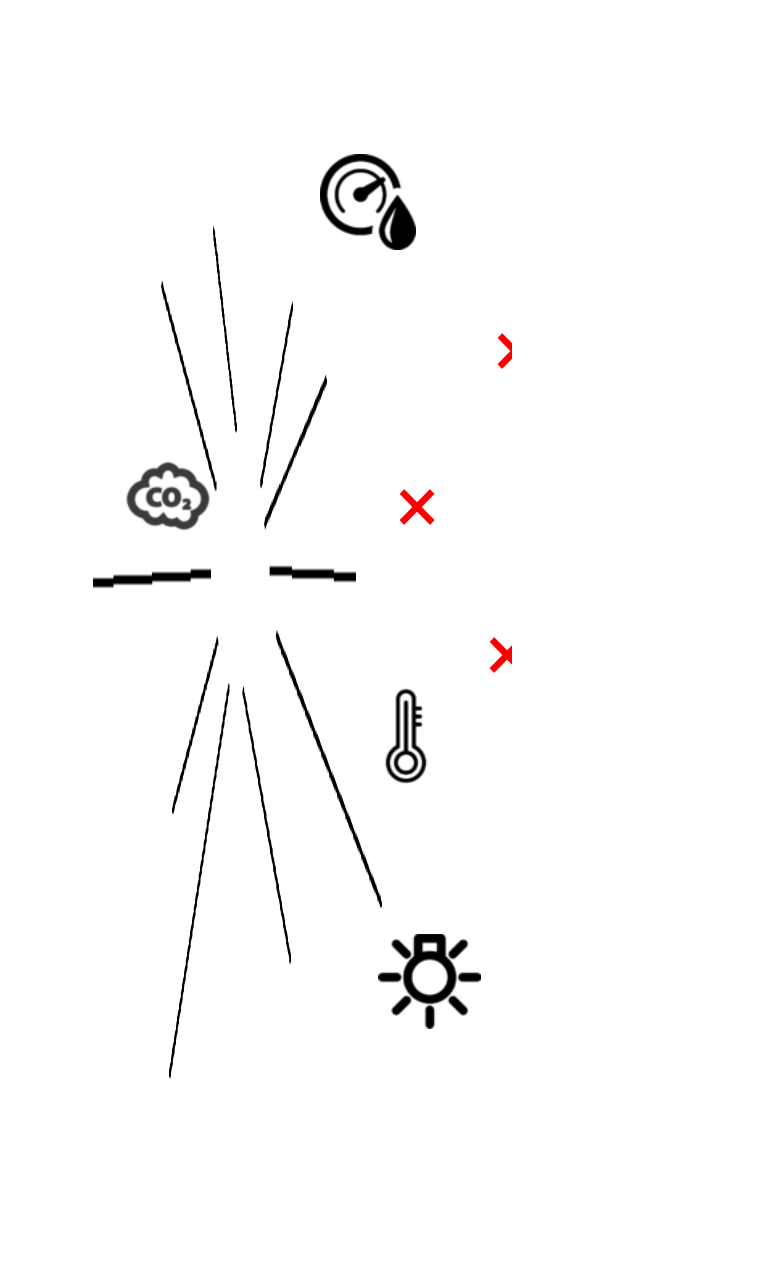
Repository: HuaAndLi/guosai2019-android-code
Layout: 国赛Android代码最优代码/A/SmartHome/res/layout/activity_conn.xml
The author's editor kept a copy of each file at every save. The layout is drawn from the files as they stood at one save, then again after the next save.
It is drawn on a 768 x 1280 px phone screen (xhdpi) without system bars, with theme android:Theme.Holo.Light.NoActionBar.Fullscreen; the app's code is not run.

Above is the layout before, as saved 2019-05-13 10:11:14.

### 国赛Android代码最优代码/A/SmartHome/res/layout/activity_conn.xml
<LinearLayout xmlns:android="http://schemas.android.com/apk/res/android"
    xmlns:tools="http://schemas.android.com/tools"
    android:layout_width="match_parent"
    android:layout_height="match_parent"
    tools:context=".ConnActivity" >

    <AbsoluteLayout
        android:layout_width="match_parent"
        android:layout_height="match_parent"
        android:layout_weight="1"
        android:background="@drawable/ba" >

        <TextView
            android:id="@+id/textView1"
            android:layout_width="wrap_content"
            android:layout_height="wrap_content"
            android:layout_x="247dp"
            android:layout_y="146dp"
            android:text="×"
            android:textColor="#f00"
            android:textSize="40sp" />

        <TextView
            android:id="@+id/TextView01"
            android:layout_width="wrap_content"
            android:layout_height="wrap_content"
            android:layout_x="295dp"
            android:layout_y="119dp"
            android:text="×"
            android:textColor="#f00"
            android:textSize="40sp" />

        <TextView
            android:id="@+id/TextView02"
            android:layout_width="wrap_content"
            android:layout_height="wrap_content"
            android:layout_x="361dp"
            android:layout_y="143dp"
            android:text="×"
            android:textColor="#f00"
            android:textSize="40sp" />

        <TextView
            android:id="@+id/TextView03"
            android:layout_width="wrap_content"
            android:layout_height="wrap_content"
            android:layout_x="385dp"
            android:layout_y="173dp"
            android:text="×"
            android:textColor="#f00"
            android:textSize="40sp" />

        <TextView
            android:id="@+id/TextView04"
            android:layout_width="wrap_content"
            android:layout_height="wrap_content"
            android:layout_x="412dp"
            android:layout_y="220dp"
            android:text="×"
            android:textColor="#f00"
            android:textSize="40sp" />

        <TextView
            android:id="@+id/TextView05"
            android:layout_width="wrap_content"
            android:layout_height="wrap_content"
            android:layout_x="413dp"
            android:layout_y="294dp"
            android:text="×"
            android:textColor="#f00"
            android:textSize="40sp" />

        <TextView
            android:id="@+id/TextView06"
            android:layout_width="wrap_content"
            android:layout_height="wrap_content"
            android:layout_x="347dp"
            android:layout_y="328dp"
            android:text="×"
            android:textColor="#f00"
            android:textSize="40sp" />

        <TextView
            android:id="@+id/TextView07"
            android:layout_width="wrap_content"
            android:layout_height="wrap_content"
            android:layout_x="265dp"
            android:layout_y="346dp"
            android:text="×"
            android:textColor="#f00"
            android:textSize="40sp" />

        <TextView
            android:id="@+id/TextView08"
            android:layout_width="wrap_content"
            android:layout_height="wrap_content"
            android:layout_x="243dp"
            android:layout_y="298dp"
            android:text="×"
            android:textColor="#f00"
            android:textSize="40sp" />

        <TextView
            android:id="@+id/TextView09"
            android:layout_width="wrap_content"
            android:layout_height="wrap_content"
            android:layout_x="198dp"
            android:layout_y="224dp"
            android:text="×"
            android:textColor="#f00"
            android:textSize="40sp" />

        <ImageView
            android:id="@+id/imageView1"
            android:layout_width="wrap_content"
            android:layout_height="wrap_content"
            android:layout_x="160dp"
            android:layout_y="77dp"
            android:src="@drawable/v1312" />

        <ImageView
            android:id="@+id/imageView2"
            android:layout_width="wrap_content"
            android:layout_height="wrap_content"
            android:layout_x="261dp"
            android:layout_y="44dp"
            android:src="@drawable/v1313" />

        <ImageView
            android:id="@+id/ImageView01"
            android:layout_width="wrap_content"
            android:layout_height="wrap_content"
            android:layout_x="383dp"
            android:layout_y="73dp"
            android:src="@drawable/v1314" />

        <ImageView
            android:id="@+id/ImageView02"
            android:layout_width="wrap_content"
            android:layout_height="wrap_content"
            android:layout_x="447dp"
            android:layout_y="118dp"
            android:src="@drawable/v1315" />

        <ImageView
            android:id="@+id/ImageView03"
            android:layout_width="wrap_content"
            android:layout_height="wrap_content"
            android:layout_x="60dp"
            android:layout_y="224dp"
            android:src="@drawable/v1316" />

        <ImageView
            android:id="@+id/ImageView04"
            android:layout_width="wrap_content"
            android:layout_height="wrap_content"
            android:layout_x="179dp"
            android:layout_y="344dp"
            android:src="@drawable/v1317" />

        <ImageView
            android:id="@+id/ImageView05"
            android:layout_width="wrap_content"
            android:layout_height="wrap_content"
            android:layout_x="189dp"
            android:layout_y="467dp"
            android:src="@drawable/v1318" />

        <ImageView
            android:id="@+id/ImageView06"
            android:layout_width="wrap_content"
            android:layout_height="wrap_content"
            android:layout_x="384dp"
            android:layout_y="430dp"
            android:src="@drawable/v1319" />

        <ImageView
            android:id="@+id/ImageView07"
            android:layout_width="wrap_content"
            android:layout_height="wrap_content"
            android:layout_x="509dp"
            android:layout_y="402dp"
            android:src="@drawable/v1320" />

        <ImageView
            android:id="@+id/ImageView08"
            android:layout_width="wrap_content"
            android:layout_height="wrap_content"
            android:layout_x="482dp"
            android:layout_y="182dp"
            android:src="@drawable/v1321" />
    </AbsoluteLayout>

    <LinearLayout
        android:layout_width="match_parent"
        android:layout_height="match_parent"
        android:layout_weight="2" >

        <LinearLayout
            android:layout_width="match_parent"
            android:layout_height="match_parent"
            android:layout_weight="1" >
        </LinearLayout>
    </LinearLayout>

</LinearLayout>

After the next save:
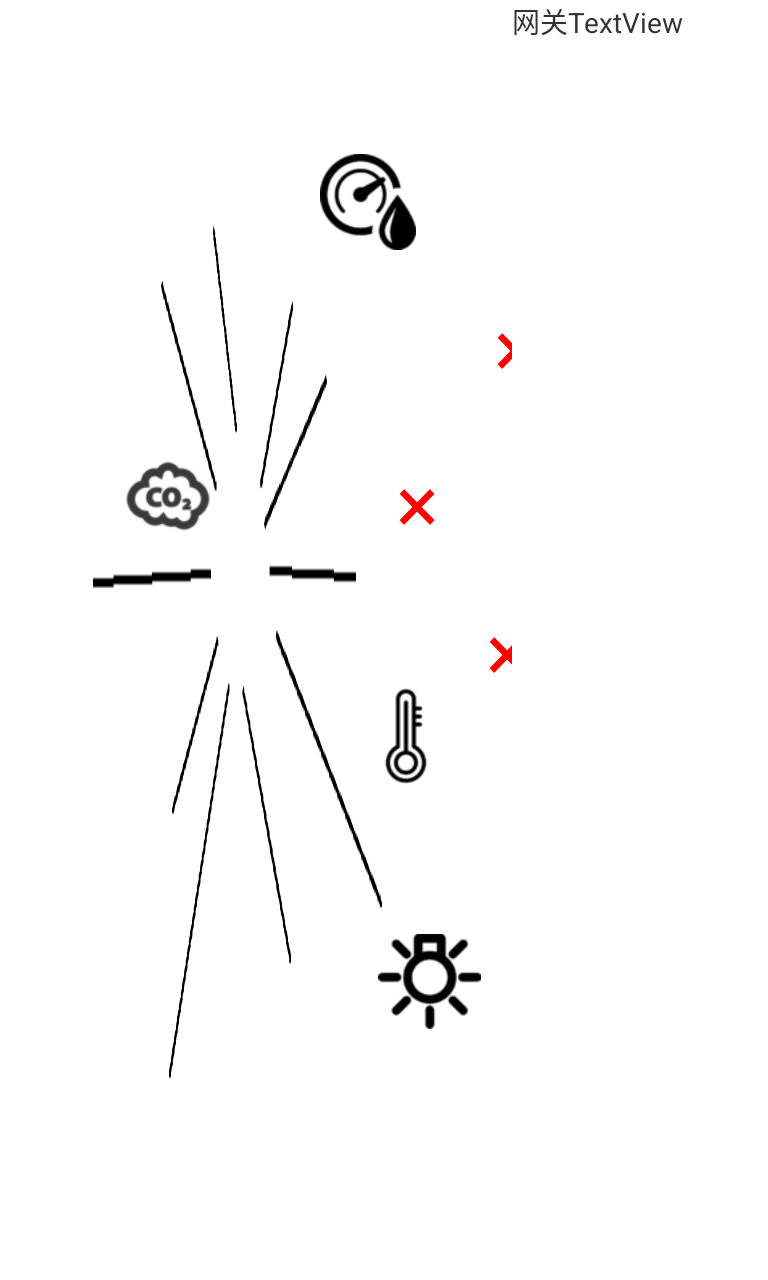
Saved 31 s later.
--- a/国赛Android代码最优代码/A/SmartHome/res/layout/activity_conn.xml
+++ b/国赛Android代码最优代码/A/SmartHome/res/layout/activity_conn.xml
@@ -200,6 +200,17 @@
             android:layout_width="match_parent"
             android:layout_height="match_parent"
             android:layout_weight="1" >
+
+            <TextView
+                android:layout_width="wrap_content"
+                android:layout_height="wrap_content"
+                android:text="网关" />
+
+            <TextView
+                android:id="@+id/textView3"
+                android:layout_width="wrap_content"
+                android:layout_height="wrap_content"
+                android:text="TextView" />
         </LinearLayout>
     </LinearLayout>
 
